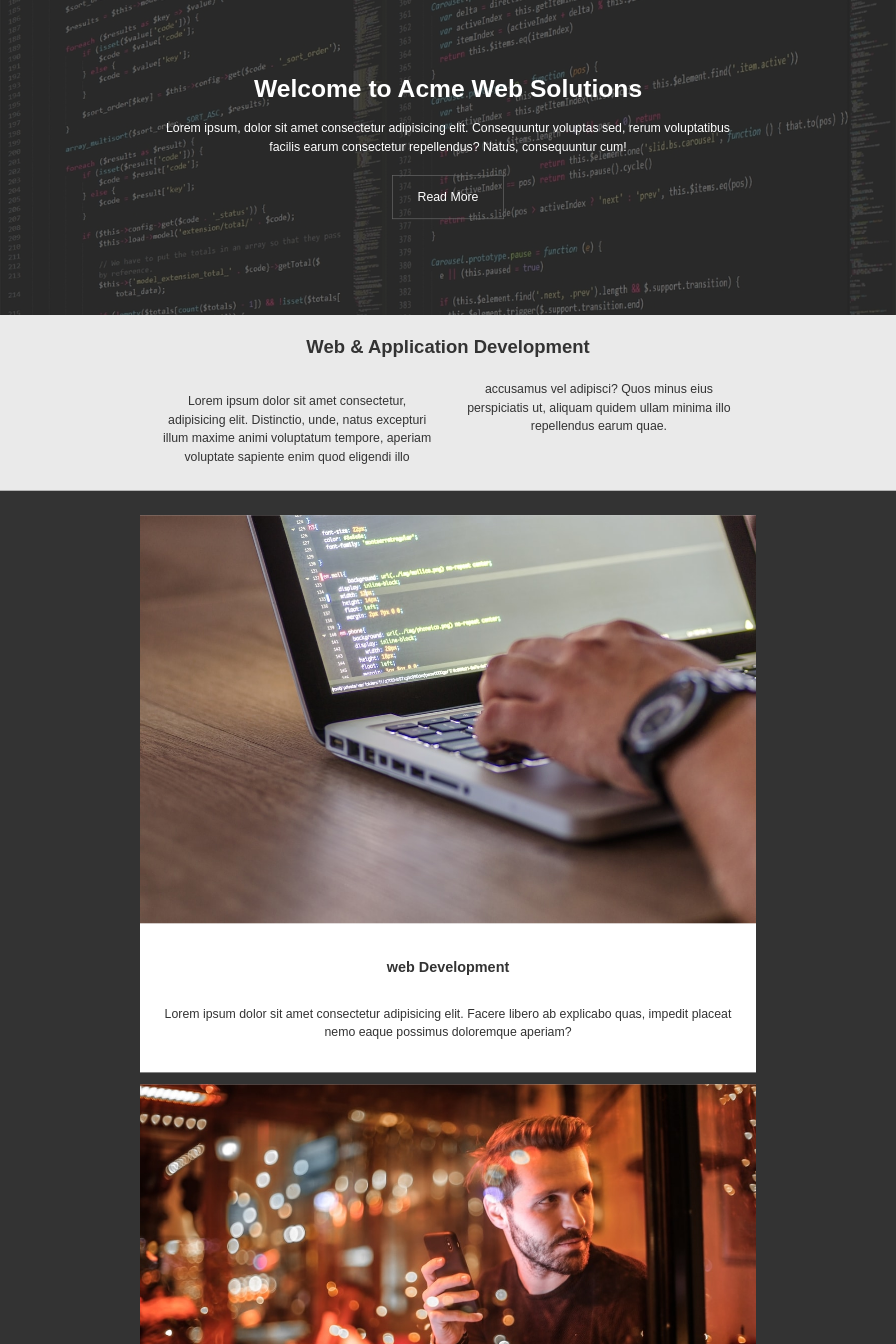
Repository: ErikBaer/MobileFirst
Page: index.html
An editor plug-in stored every save of this project. The page is shown before and after the next save, followed by the edit.
The browser window is 1280 px wide. The pictures show the part of the page from y = 0 to 1920 px (the page is 3922 px tall before and 3905 px after), at 70% of full size.

Above is the page before, as saved 2020-02-15 03:57:29.

### index.html
<!DOCTYPE html>
<html lang="en">
<head>
    <meta charset="UTF-8">
    <meta name="viewport" content="width=device-width, initial-scale=1.0">
    <link rel="stylesheet" type="text/css" href="style.css">
    <title>Acme Web Solutions</title>
</head>
<body>

<!--Header Showcase -->

   <header id="showcase" class="grid">
    <div class="bg-image"></div>
    <div class="content-wrap">
    <h1>Welcome to Acme Web Solutions</h1>
    <p>Lorem ipsum, dolor sit amet consectetur adipisicing elit.
         Consequuntur voluptas sed, rerum voluptatibus facilis
         earum consectetur repellendus? Natus, consequuntur cum!
        </p>
    <a href="#section-b" class="btn">Read More</a>
    </div>
</header>

<!-- Main Area -->

<main id="main">

    <!-- Section A -->

    <section id="section-a" class="grid">
        <div class="content-wrap">
            <h2 class="content-title">Web & Application Development</h2>
            <div class="content-text">
                <p>Lorem ipsum dolor sit amet consectetur, adipisicing elit.
                    Distinctio, unde, natus excepturi illum maxime animi
                    voluptatum tempore, aperiam voluptate sapiente enim quod
                    eligendi illo accusamus vel adipisci? Quos minus eius
                    perspiciatis ut, aliquam quidem ullam minima illo
                    repellendus earum quae.</p>
            </div>
        </div>
    </section>

    <!-- Section B -->

    <section id="section-b" class="grid">
        <ul>
            <li>
                <div class="card">
                    <img src="./Assets/Coding-Person.jpg" alt="">
                    <div class="card-content">
                        <h3 class="card-title">web Development</h3>
                        <p>Lorem ipsum dolor sit amet consectetur
                            adipisicing elit. Facere libero ab explicabo
                            quas, impedit placeat nemo eaque possimus
                            doloremque aperiam?</p>
                    </div>
                </div>
            </li>
            <li>
                <div class="card">
                    <img src="./Assets/mobile-man.jpg" alt="">
                    <div class="card-content">
                        <h3 class="card-title">Mobile Applications</h3>
                        <p>Lorem ipsum dolor sit amet consectetur
                            adipisicing elit. Facere libero ab explicabo
                            quas, impedit placeat nemo eaque possimus
                            doloremque aperiam?</p>
                    </div>
                </div>
            </li>
            <li>
                <div class="card">
                    <img src="./Assets/charts.jpg" alt="">
                    <div class="card-content">
                        <h3 class="card-title">Tech Marketing</h3>
                        <p>Lorem ipsum dolor sit amet consectetur
                            adipisicing elit. Facere libero ab explicabo
                            quas, impedit placeat nemo eaque possimus
                            doloremque aperiam?</p>
                    </div>
                </div>
            </li>
        </ul>
    </section>

    <!-- Section C -->
    <section id="section-c" class="grid">
        <div class="content-wrap">
            <h2 class="content-title"> We handle all of your digital needs</h2>
            <p>Lorem, ipsum dolor sit amet consectetur adipisicing elit.
                Neque asperiores pariatur dolorem ipsum dicta recusandae
                 optio vel doloremque deserunt maiores?</p>
        </div>
    </section>

    <!-- Section D -->

    <section id="section-d" class="grid">
        <div class="box">
            <h2 class="content-title">Contact Us</h2>
            <p>Lorem ipsum dolor sit, amet consectetur adipisicing elit.
                 Alias, totam quas ipsam doloremque dignissimos doloribus
                 laudantium aut provident dolore. Maxime!</p>
            <p>contact@acmewebsolutions.test</p>
        </div>
        <div class="box">
            <h2 class="content-title">About Our Company</h2>
            <p>Lorem ipsum dolor, sit amet consectetur adipisicing elit.
                Delectus ut placeat, nulla inventore laboriosam quisquam!
                Porro, asperiores libero molestiae a facilis et, ex magni
                 nostrum rem delectus quia ut? Vitae.</p>
        </div>
    </section>
</main>

<!-- Footer -->

<footer id="main-footer" class="grid">
    <div>Acme Web Solutions</div>
    <div>Project by <a href="www.baerdata.de" target="blank">Erik Baer</a></div>
</footer>

</body>
</html>

### style.css
body {
    margin: 0;
    font-family: Arial, Helvetica, sans-serif;
    background-color: #333;
    color: white;
    font-size:1.1em;
    line-height: 1.5;
    text-align: center;
}

img {
    display:block;
    width:100%;
    height: auto;
}

h1, h2, h3 {
    margin:0;
    padding: 1em 0;
}

p {
    margin: 0;
    padding: 1em 0;
}

.btn {
    display: inline-block;
    background: 333;
    color: white;
    text-decoration: none;
    padding: 1em 2em;
    border: 1px solid #666;
    margin: .5em 0
}

.btn:hover {
  background: #eaeaea;
  color: #333;
}

/* Header Showcase */

#showcase {
    min-height: 450px;
    color: #fff;
    text-align: center;
}

#showcase .bg-image {
    position: absolute;
    background: #333 url(/Assets/code.jpg);
    background-position: center;
    background-repeat: no-repeat;
    background-size: cover;
    width: 100%;
    height: 450px;
    z-index: -1;
    opacity: 0.4;
}

#showcase h1 {
    padding-top: 100px;
    padding-bottom: 0;
}

#showcase .content-wrap,
#section-a .content-wrap {
    padding: 0 1.5em;
}


/* Section A */

#section-a {
    background: #eaeaea;
    color: #333;
    padding-bottom: 2em;
}


/* Section B */

#section-b {
    padding: 2em 1em 1em;
}

#section-b ul {
    list-style:none;
    margin:0;
    padding:0;
}

#section-b li {
    margin-bottom: 1em;
    background: #fff;
    color: #333;

}

.card-content {
    padding: 1.5em;
}

/* Section c */

#section-c {
    background: #fff;
    color: #333;
    padding: 2em;
}

/* Section D / Boxes */

#section-d .box {
    padding: 2em;
    color: #fff;
}

#section-d .box:first-child {
    background: #2690d4;
}

/* Footer */

#main-footer {
    padding: 3em;
    background: #000;
    color: white;
    text-align: center;
}

#main-footer a {
    color: #2690d4;
    text-decoration: none;
}

/* Media Queries */

@media(min-width: 700px) {
    .grid {
        display: grid;
        grid-template-columns: 1fr repeat(2, minmax(auto, 25em))1fr;
    }

    #section-a .content-text {
        columns: 2;
        column-gap: 2em;
    }

    .content-wrap,
     #section-b ul {
         grid-column: 2/4;
     }

     .box, #main-footer div {
         grid-column: span 2;
     }
}

After the next save:
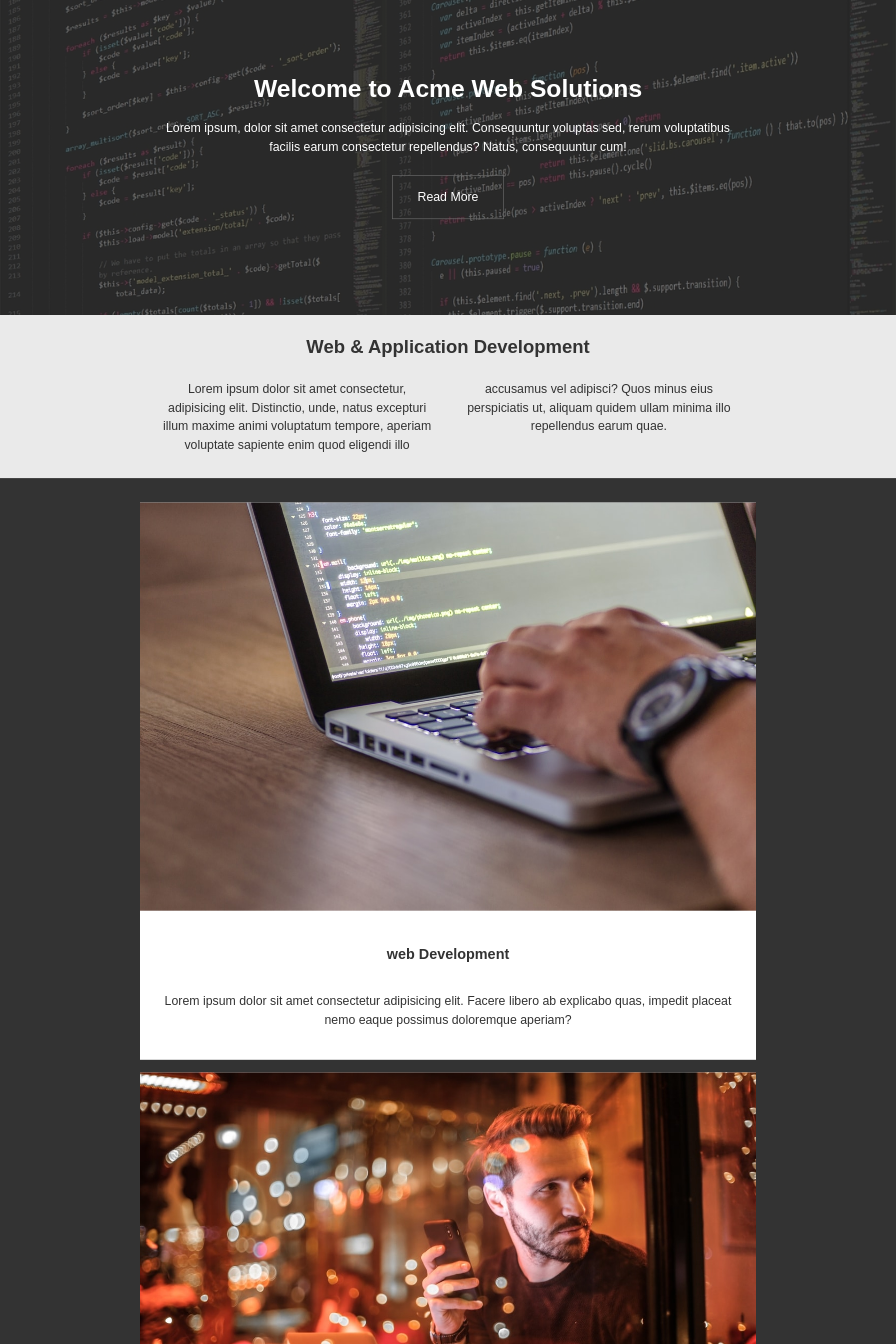
Saved 47 s later.
--- a/style.css
+++ b/style.css
@@ -148,6 +148,10 @@ p {
         column-gap: 2em;
     }
 
+    #section-a .content-text p {
+        padding-top: 0;
+    }
+
     .content-wrap,
      #section-b ul {
          grid-column: 2/4;
